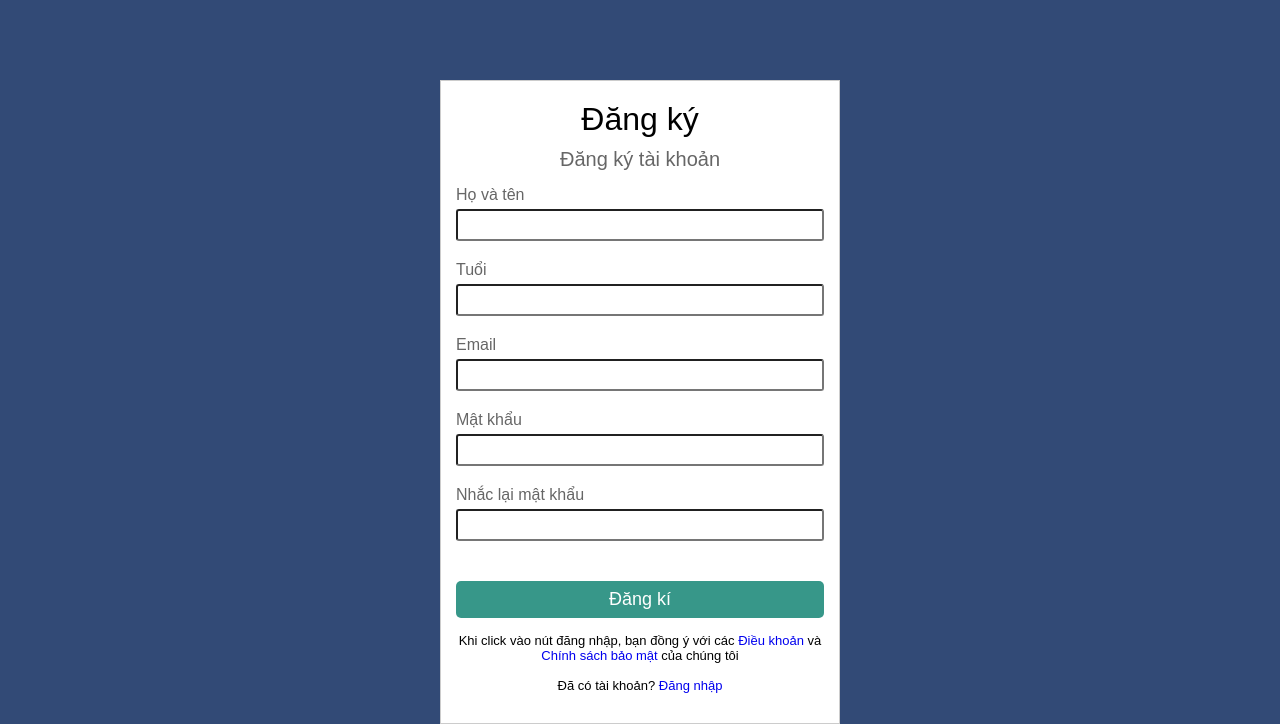
Repository: Ngoc28/HTML-CSS
Page: form/index.html
The author's editor kept a copy of each file at every save. The page is drawn from the files as they stood at one save, then again after the next save.
The browser window is 1280 px wide. The pictures show the whole page.

Above is the page before, as saved 2023-08-05 15:21:33.

### form/index.html
<!DOCTYPE html>
<html lang="en">
<head>
    <meta charset="UTF-8">
    <meta name="viewport" content="width=device-width, initial-scale=1.0">
    <title>Register</title>
    <link rel="stylesheet" href="./styles.css">
</head>
<body>
    <div class="form">
        <form action="" class="form-register">
            <div class="heading">
                <h1 class="tieude">Đăng ký</h1>
                <p class="desc">
                    Đăng ký tài khoản
                </p>
            </div>
            <!-- text -->
            <div class="block-form name">
                <label for="hoten">Họ và tên</label>
                <input type="text" name="hoten" id="hoten">
            </div>
            <div class="block-form age">
                <label for="tuoi">Tuổi</label>
                <input type="number" name="tuoi" id="tuoi">
            </div>

            <div class="block-form email">
                <label for="email">Email</label>
                <input type="email" name="email" id="email">
            </div>
            <div class="block-form password">
                <label for="password">Mật khẩu</label>
                <input type="password" name="password" id="password">
            </div>
            <div class="block-form password">
                <label for="password">Nhắc lại mật khẩu</label>
                <input type="password" name="password" id="password">
            </div>

                <input class="submit" type="submit" value="Đăng kí">
            <div class="rules">
                <p class="dieukhoan">
                    Khi click vào nút đăng nhập, bạn đồng ý với các
                    <a href="#">Điều khoản</a>
                    và
                    <a href="#">Chính sách bảo mật</a>
                    của chúng tôi
                </p>
                <p class="hasAcount">
                    Đã có tài khoản?
                    <a href="#">Đăng nhập</a>
                </p>
            </div>
        </form>
    </div>
</body>
</html>

### form/styles.css
*{
    padding: 0;
    margin: 0;
    box-sizing: border-box;
}

body {
    background: #324a76;
    font-family: Arial, Helvetica, sans-serif;
}

.form {
    display: flex;
    justify-content: center;
    align-items: center;
    margin-top: 80px;
}

.form-register {
    padding: 20px 15px 15px 15px;
    width: 400px;
    border: 1px solid #ccc;
    background: #fff;
}

.heading {
    text-align: center;
    margin-bottom: 15px;
}

.tieude {
    font-size: 32px;
    font-weight: 400;
    padding-bottom: 10px;
}

.desc {
    font-size: 20px;
    color: #666;
}

.block-form {
    margin-bottom: 20px;
}

.block-form label {
    display: block;
    font-size: 16px;
    margin-bottom: 5px;
    color: #666;
}

.block-form input {
    width: 100%;
    padding: 5px;
    font-size: 16px;
    border-radius: 3px;
    border-color: none ;
}

.submit {
    width: 100%;
    background: #379789;
    border: none;
    padding: 8px;
    font-size: 18px;
    font-weight: 300;
    color: #fff;
    margin: 20px 0 15px 0;
    cursor: pointer;
    border-radius: 5px;
}

.submit:hover {
    background: #0e8170;
}

.rules {

}

.rules .dieukhoan,
.hasAcount {
    font-size: 13px;
    margin-bottom: 15px;
    text-align: center;
}

.dieukhoan a,
.hasAcount a {
    text-decoration: none;
}

.hasAcount a:hover,
.dieukhoan a:hover {
    opacity: .8;
}

After the next save:
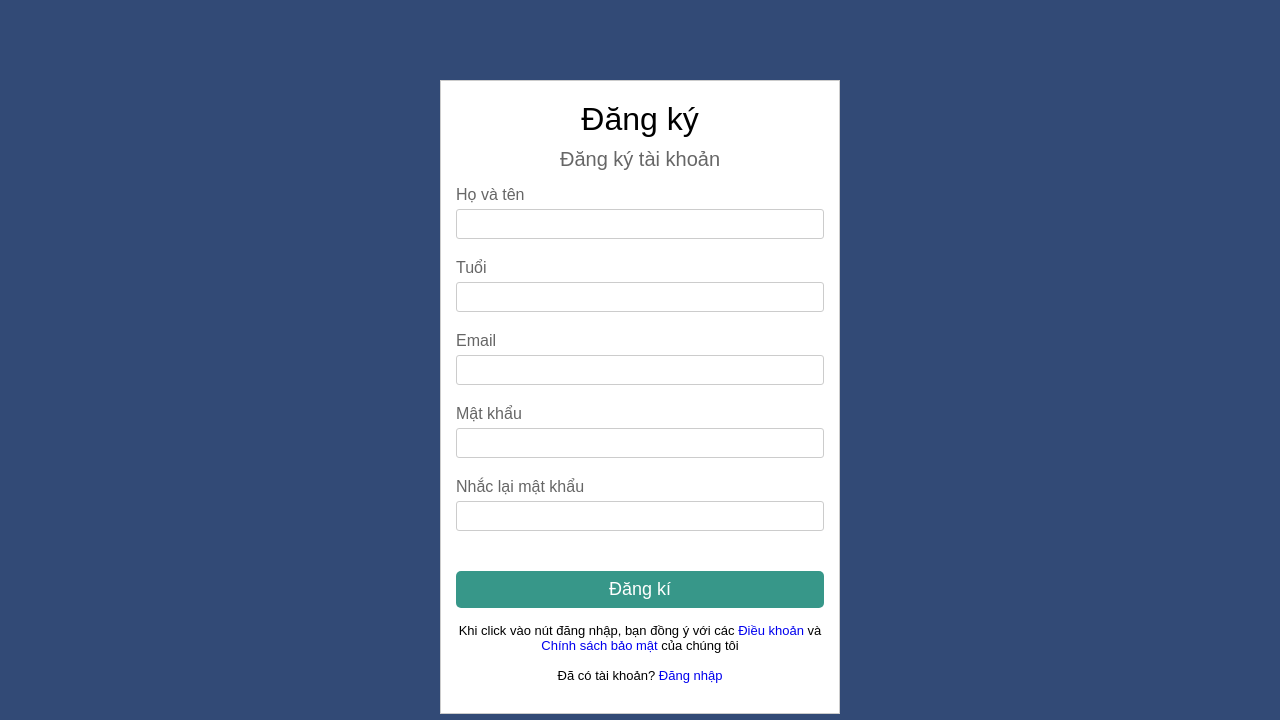
Saved 16 s later.
--- a/form/styles.css
+++ b/form/styles.css
@@ -55,7 +55,7 @@ body {
     padding: 5px;
     font-size: 16px;
     border-radius: 3px;
-    border-color: none ;
+    border: 1px solid #ccc;
 }
 
 .submit {
